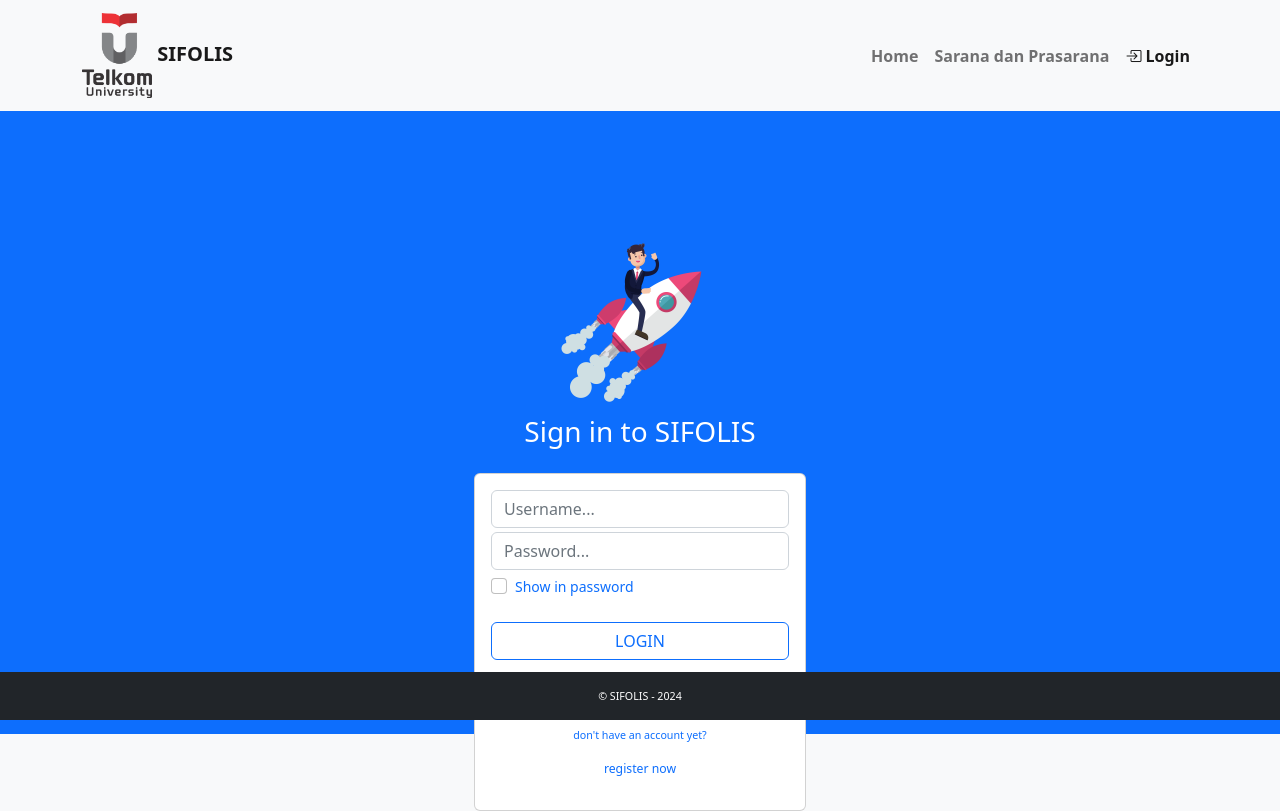
Repository: Audi87/uas_framework
Page: http://localhost/login
These files come from the project's save history. The page is drawn as it stood at one moment and after the next save; the edit follows.
The browser window is 1280 px wide. The pictures show the whole page.
Some web libraries are served in a nearby version. The page is served by the project's Laravel application, run on PHP 8.4 with Laravel 10.

Above is the page before, as saved 2024-06-13 20:47:31.

After the next save:
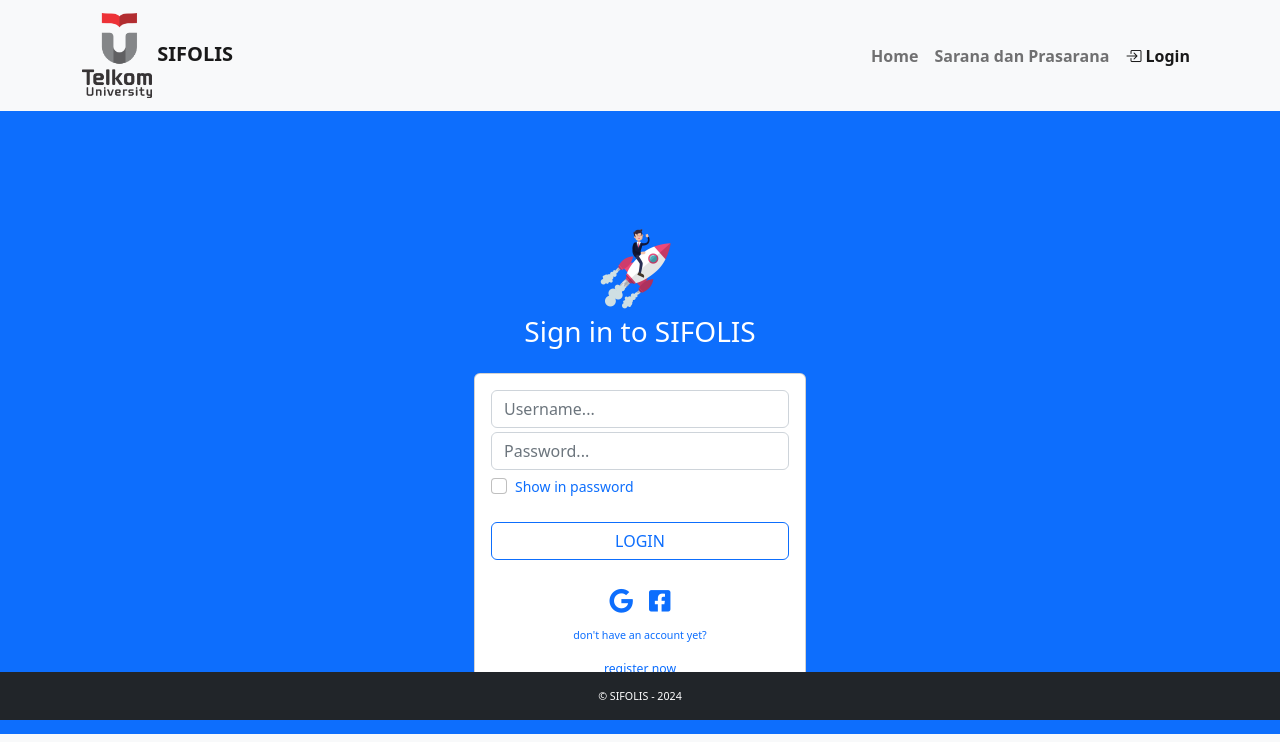
Saved 10 s later.
--- a/resources/views/login/login.blade.php
+++ b/resources/views/login/login.blade.php
@@ -16,7 +16,7 @@
                 </div>
                 {{-- End alert --}}
                 <div class="col-lg-4 offset-lg-4">
-                    <img src="img/pngwing.com (7).png" width="200" alt="">
+                    <img src="img/pngwing.com (7).png" width="100" alt="">
                     <h3>Sign in to SIFOLIS</h3>
                 </div>
                 <div class="col-lg-4 offset-lg-4 col-10 offset-1 mt-3">
